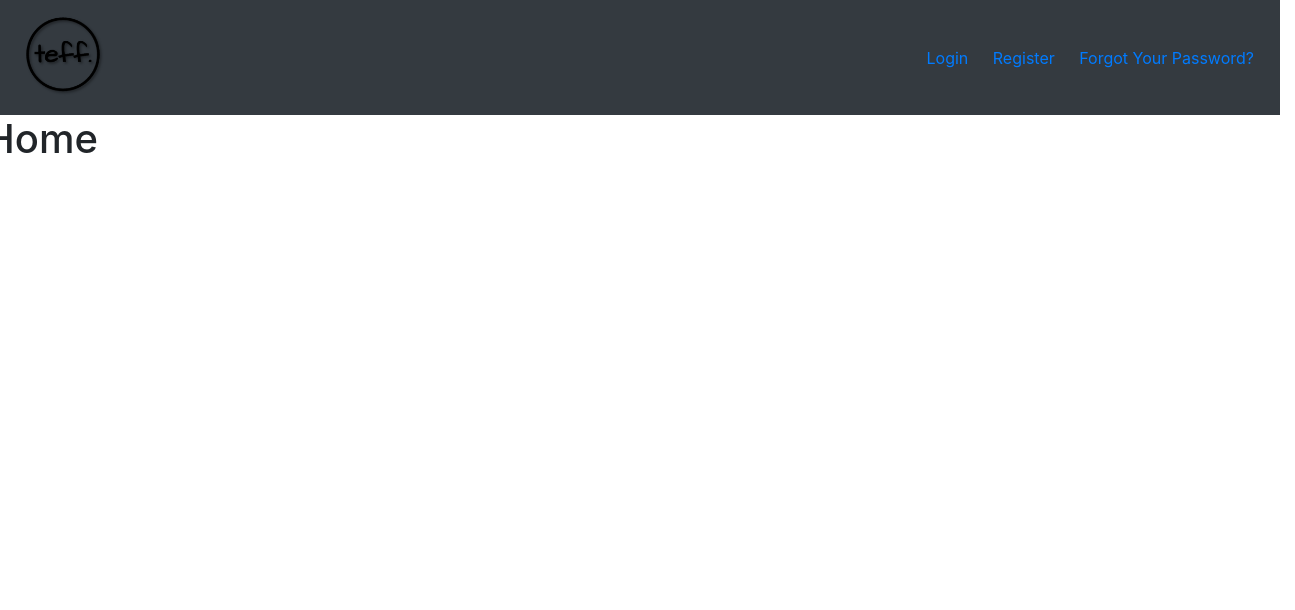
Repository: SamLookingGlass/FullStackDevelopment-Project
Page: http://localhost/
The author's editor kept a record of every edit. The page is drawn from the files as they stood at one moment, then again after the next edit.
The browser window is 1280 px wide. The page is 1295 px wide, so the pictures cover 1295 px, including what lies to the right of the window. The pictures show the whole page.
The page is served by the project's application, run on Django 2.2 (manage.py).

Above is the page before.

After the next edit:
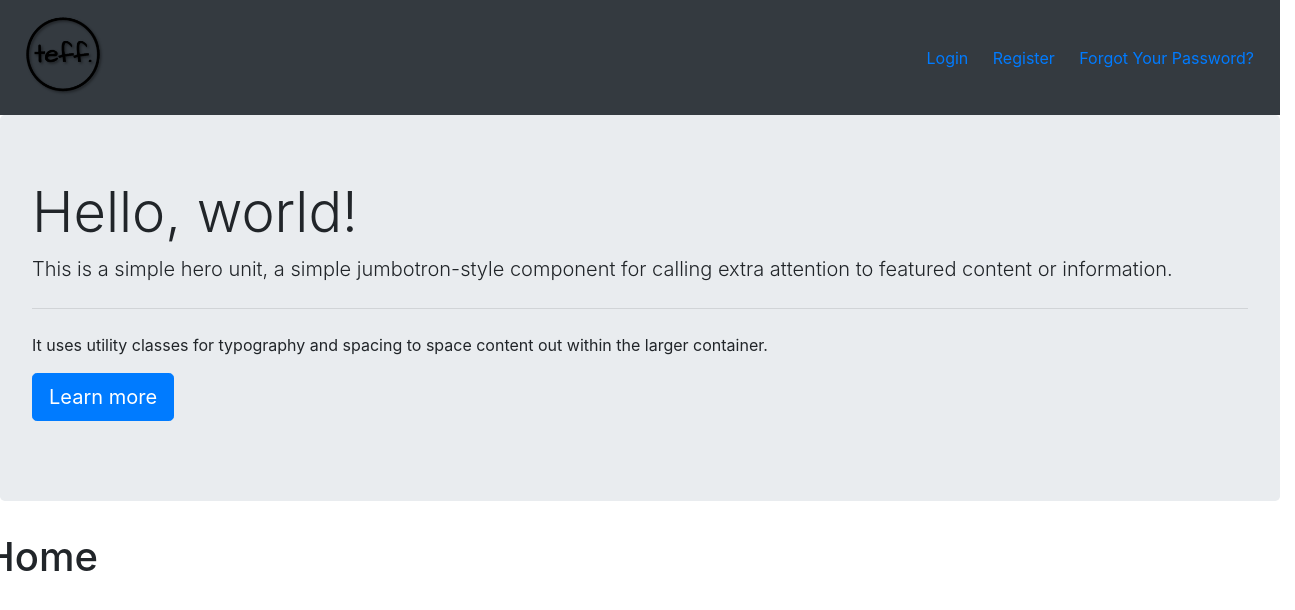
The edit:
--- a/templates/base.html
+++ b/templates/base.html
@@ -1,5 +1,6 @@
 <!DOCTYPE html>
 <html lang="en">
+
 <head>
     <meta charset="UTF-8">
     <meta name="viewport" content="width=device-width, initial-scale=1.0">
@@ -21,43 +22,55 @@
     <link rel="stylesheet" href="https://cdnjs.cloudflare.com/ajax/libs/font-awesome/4.7.0/css/font-awesome.min.css">
 
 </head>
+
 <body>
 
-<nav  class="navbar navbar-dark bg-dark justify-content-between">
-  <a href="/" class="navbar-brand"><img id="navlogo" class="img-fluid" src="{% static 'images/logo.png' %}" alt="Teff Logo"></a>
+    <nav class="navbar navbar-dark bg-dark justify-content-between">
+        <a href="/" class="navbar-brand"><img id="navlogo" class="img-fluid" src="{% static 'images/logo.png' %}" alt="Teff Logo"></a>
 
-  <div class="d-inline">
-     <ul id="navstyle" class="d-inline">
-       {% if not user.is_authenticated %}
-        <li class="d-inline"><a href="{% url 'login' %}">Login</a></li>
-         <li class="d-inline"><a href="{% url 'register' %}">Register</a></li>
-         <li class="d-inline"><a href="/password_reset">Forgot Your Password?</a></li>
-        {% endif %}
+        <div class="d-inline">
+            <ul id="navstyle" class="d-inline">
+                {% if not user.is_authenticated %}
+                <li class="d-inline"><a href="{% url 'login' %}">Login</a></li>
+                <li class="d-inline"><a href="{% url 'register' %}">Register</a></li>
+                <li class="d-inline"><a href="/password_reset">Forgot Your Password?</a></li>
+                {% endif %} {% if user.is_authenticated %}
+                <li class="d-inline">Profile</li>
+                <li class="d-inline"><a href="{% url 'logout' %}">Logout</a></li>
 
-        {% if user.is_authenticated %}
-        <li class="d-inline">Profile</li>
-        <li class="d-inline"><a href="{% url 'logout' %}">Logout</a></li>
+                {% endif %}
+            </ul>
+        </div>
+    </nav>
 
-        {% endif %}
-   </ul>
-  </div>
-</nav>
 
+    <section>
+        <div class="jumbotron">
+            <h1 class="display-4">Hello, world!</h1>
+            <p class="lead">This is a simple hero unit, a simple jumbotron-style component for calling extra attention to featured content or information.</p>
+            <hr class="my-4">
+            <p>It uses utility classes for typography and spacing to space content out within the larger container.</p>
+            <p class="lead">
+                <a class="btn btn-primary btn-lg" href="#" role="button">Learn more</a>
+            </p>
+        </div>
+    </section>
 
     <div class="row d-lg-flex">
         {% if messages %}
-    <div>
-        {% for message in messages %} {{ message }} {% endfor %}
-    </div>
-    {% endif %}
+        <div>
+            {% for message in messages %} {{ message }} {% endfor %}
+        </div>
+        {% endif %}
 
 
-   <h1>{% block page_heading %}{% endblock %}</h1>
-   <div>
-       {% block content %}{% endblock %}
-   </div>
-   </div>
+        <h1>{% block page_heading %}{% endblock %}</h1>
+        <div>
+            {% block content %}{% endblock %}
+        </div>
+    </div>
 
 
 </body>
+
 </html>
